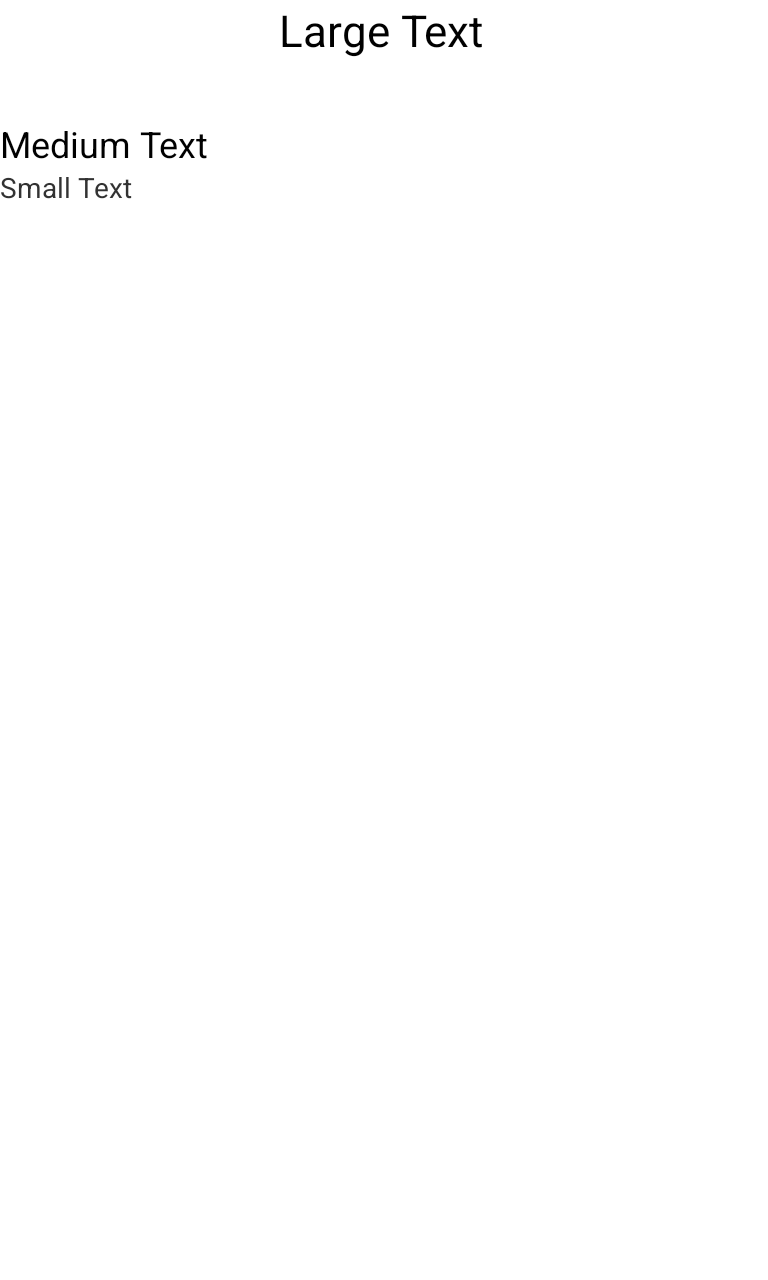
Repository: SimonIsMe/workspace_android
Layout: Lista5/res/layout/activity_people_list.xml
The author's editor kept a copy of each file at every save. The layout is drawn from the files as they stood at one save, then again after the next save.
It is drawn on a 768 x 1280 px phone screen (xhdpi) without system bars, with theme AppTheme; the app's code is not run.

Above is the layout before, as saved 2012-12-11 13:02:37.

### Lista5/res/layout/activity_people_list.xml
<RelativeLayout xmlns:android="http://schemas.android.com/apk/res/android"
    xmlns:tools="http://schemas.android.com/tools"
    android:layout_width="fill_parent"
    android:layout_height="fill_parent"
    tools:context=".PeopleList" >

    <TableLayout
        android:layout_width="fill_parent"
        android:layout_height="wrap_content"
        android:layout_alignParentLeft="true"
        android:layout_alignParentTop="true" >

        <TableRow
            android:id="@+id/tableRow1"
            android:layout_width="fill_parent"
            android:layout_height="wrap_content"
            android:layout_gravity="center"
            android:layout_marginBottom="30dp"
            android:gravity="center" >

            <TextView
                android:id="@+id/textView1"
                android:layout_width="fill_parent"
                android:layout_height="wrap_content"
                android:text="Large Text"
                android:textAppearance="?android:attr/textAppearanceLarge" />

        </TableRow>

        <TableRow
            android:id="@+id/tableRow2"
            android:layout_width="wrap_content"
            android:layout_height="wrap_content" >

            <TextView
                android:id="@+id/textView2"
                android:layout_width="wrap_content"
                android:layout_height="wrap_content"
                android:text="Medium Text"
                android:textAppearance="?android:attr/textAppearanceMedium" />

        </TableRow>

        <TableRow
            android:id="@+id/tableRow3"
            android:layout_width="wrap_content"
            android:layout_height="wrap_content" >

            <TextView
                android:id="@+id/textView3"
                android:layout_width="wrap_content"
                android:layout_height="wrap_content"
                android:text="Small Text"
                android:textAppearance="?android:attr/textAppearanceSmall" />

        </TableRow>
    </TableLayout>

</RelativeLayout>

Loaded but not shown: Lista5/res/values/styles.xml (common file)

After the next save:
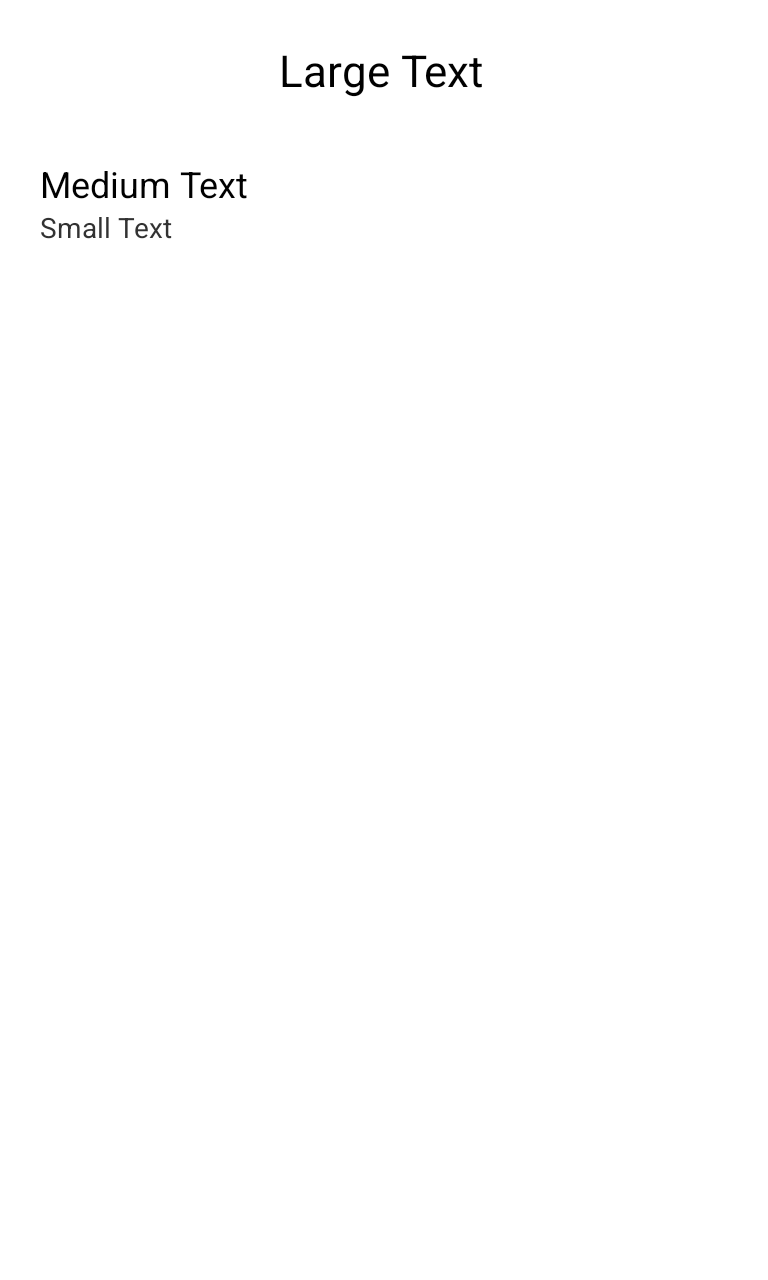
Saved 2 min 2 s later.
--- a/Lista5/res/layout/activity_people_list.xml
+++ b/Lista5/res/layout/activity_people_list.xml
@@ -8,7 +8,11 @@
         android:layout_width="fill_parent"
         android:layout_height="wrap_content"
         android:layout_alignParentLeft="true"
-        android:layout_alignParentTop="true" >
+        android:layout_alignParentTop="true"
+        android:layout_marginBottom="20dp"
+        android:layout_marginLeft="20dp"
+        android:layout_marginRight="20dp"
+        android:layout_marginTop="20dp" >
 
         <TableRow
             android:id="@+id/tableRow1"
@@ -44,7 +48,8 @@
         <TableRow
             android:id="@+id/tableRow3"
             android:layout_width="wrap_content"
-            android:layout_height="wrap_content" >
+            android:layout_height="wrap_content"
+            android:layout_marginBottom="30dp" >
 
             <TextView
                 android:id="@+id/textView3"
